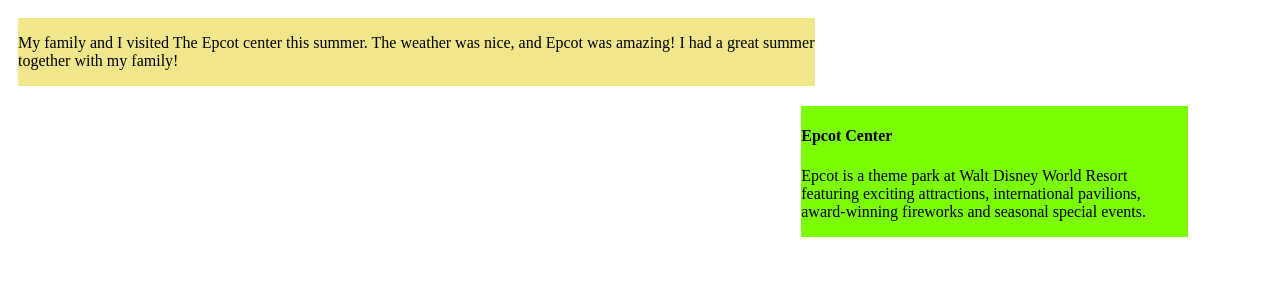
Repository: bjnabs/mws-workshop01
Page: index.html
An editor plug-in stored every save of this project. The page is shown before and after the next save, followed by the edit.
The browser window is 1280 px wide. The pictures show the whole page.

Above is the page before, as saved 2020-07-04 09:55:14.

After the next save:
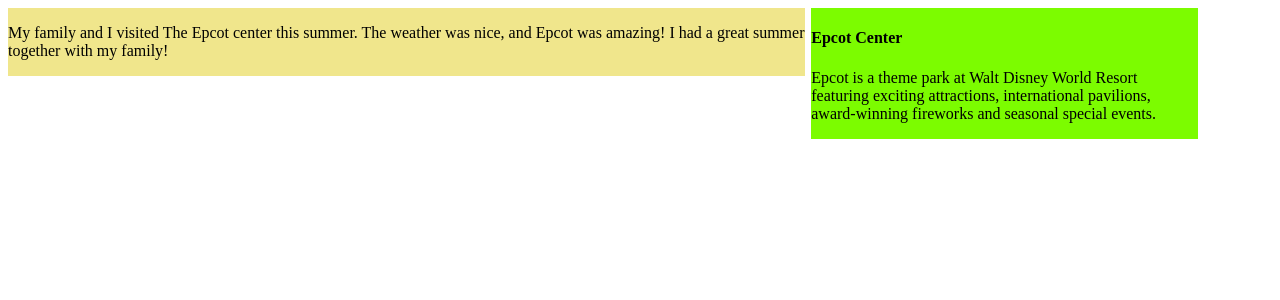
Saved 41 s later.
--- a/css/mobile-first.css
+++ b/css/mobile-first.css
@@ -4,7 +4,7 @@
 }
 section,
 aside {
-  margin: 10px;
+  margin: 0;
 }
 section {
   float: left;
